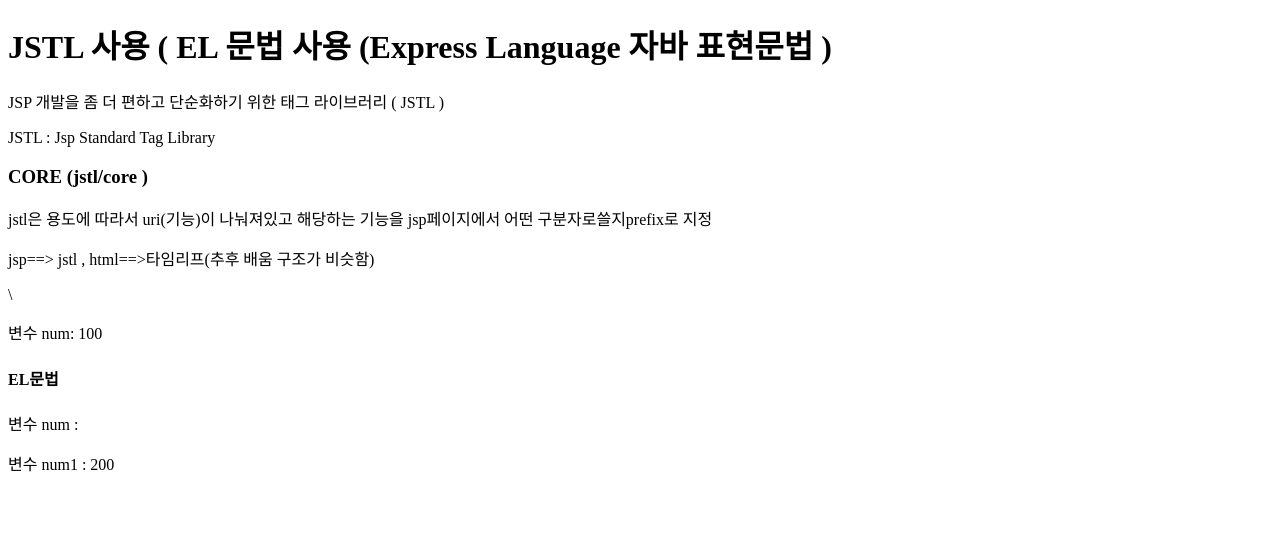
Repository: joeunpyeong/javaA
Page: http://localhost/05.Mybatis/jstl/list.jsp
An editor plug-in stored every save of this project. The page is shown before and after the next save, followed by the edit.
The browser window is 1280 px wide. The pictures show the whole page.
The page is served by Tomcat 9. Other server files are loaded and not shown. The template is opened directly, without the code that normally fills it, so the values that code supplies are empty.

Above is the page before, as saved 2023-05-23 01:41:06.

### 05.Mybatis/src/main/webapp/jstl/list.jsp
<%@ page language="java" contentType="text/html; charset=UTF-8"
    pageEncoding="UTF-8"%>
<%@ taglib uri="http://java.sun.com/jsp/jstl/core" prefix="c" %>
<!DOCTYPE html>
<html>
<head>
<meta charset="UTF-8">
<title>Insert title here</title>
</head>
<body>
	<h1> JSTL 사용 ( EL 문법 사용 (Express Language 자바 표현문법 )</h1>
	<p>JSP 개발을 좀 더 편하고 단순화하기 위한 태그 라이브러리 ( JSTL )</p>
	<p>JSTL : Jsp Standard Tag Library</p>
	<h3> CORE (jstl/core )</h3>
	<p>jstl은 용도에 따라서 uri(기능)이 나눠져있고 해당하는 기능을 jsp페이지에서 어떤 구분자로쓸지prefix로 지정</p>
	<p>jsp==> jstl , html==>타임리프(추후 배움 구조가 비슷함)</p>
	<% int num=100; %><!-- 자바코드를 이용해서 변수를 선언 -->
	<c:set var="num1" value="200"/> <!-- jstl태그 이용해서 변수 선언 -->\
	<p>변수 num: <%=num %></p>
	<h4>EL문법</h4>
	<p>변수 num : ${num}</p>
	<p>변수 num1 : ${num1}</p>


</body>
</html>

After the next save:
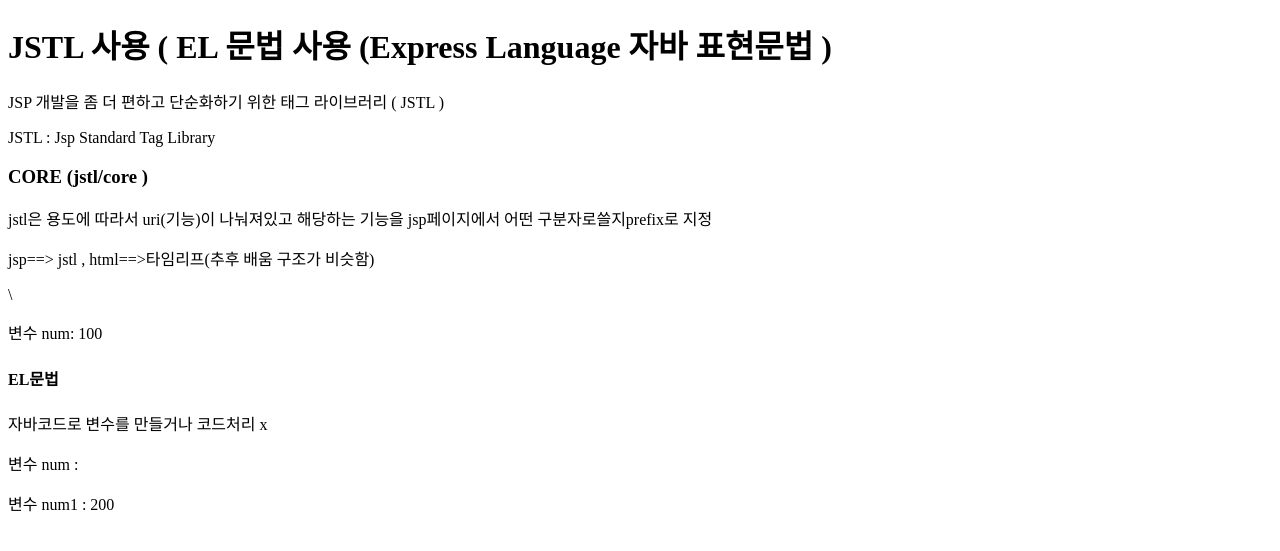
Saved 58 s later.
--- a/05.Mybatis/src/main/webapp/jstl/list.jsp
+++ b/05.Mybatis/src/main/webapp/jstl/list.jsp
@@ -18,6 +18,7 @@
 	<c:set var="num1" value="200"/> <!-- jstl태그 이용해서 변수 선언 -->\
 	<p>변수 num: <%=num %></p>
 	<h4>EL문법</h4>
+	<p>자바코드로 변수를 만들거나 코드처리 x</p>
 	<p>변수 num : ${num}</p>
 	<p>변수 num1 : ${num1}</p>
 
